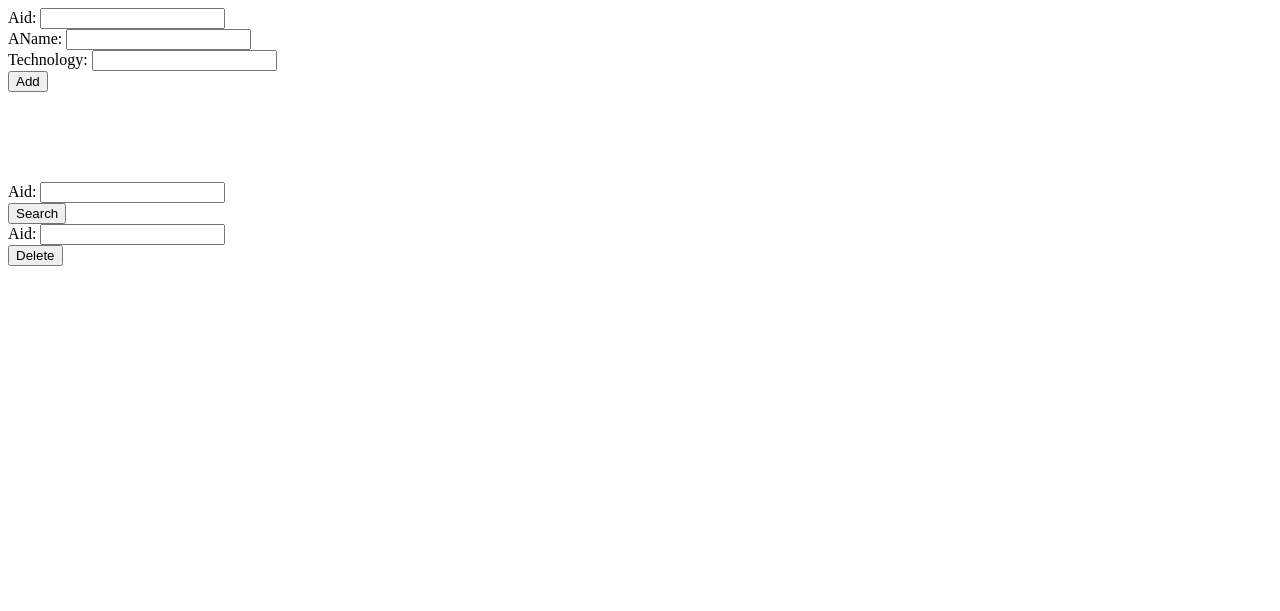
Repository: kjavvaji/SpringBoot
Page: http://localhost/SpringBootJPA2/home.jsp
These files come from the project's save history. The page is drawn as it stood at one moment and after the next save; the edit follows.
The browser window is 1280 px wide. The pictures show the whole page.
The page is served by Tomcat 9. Other server files are loaded and not shown.

Above is the page before, as saved 2019-08-23 13:38:09.

### SpringBootJPA2/src/main/webapp/home.jsp
<%@ page language="java" contentType="text/html; charset=ISO-8859-1"
    pageEncoding="ISO-8859-1"%>
<!DOCTYPE html>
<html>
<head>
<meta charset="ISO-8859-1">
<title>Home Screen</title>
</head>
<body>
		<form action="addAlien">
				      Aid:  <input type ="text" name ="aid"><br>
					  AName:	 <input type="text" name ="aName"><br>
					  Technology:	 <input type="text" name ="tech"><br>
				<input type="submit" value="Add">
		</form>
		<br><br><br><br><br>
		<form action="getAlien">

				      Aid:  <input type ="text" name ="aid"><br>

					  <input type="submit" value="Search">
		</form>

		<form action="delAlien">

				      Aid:  <input type ="text" name ="aid"><br>

					  <input type="submit" value="Delete">
		</form>

</body>
</html>

After the next save:
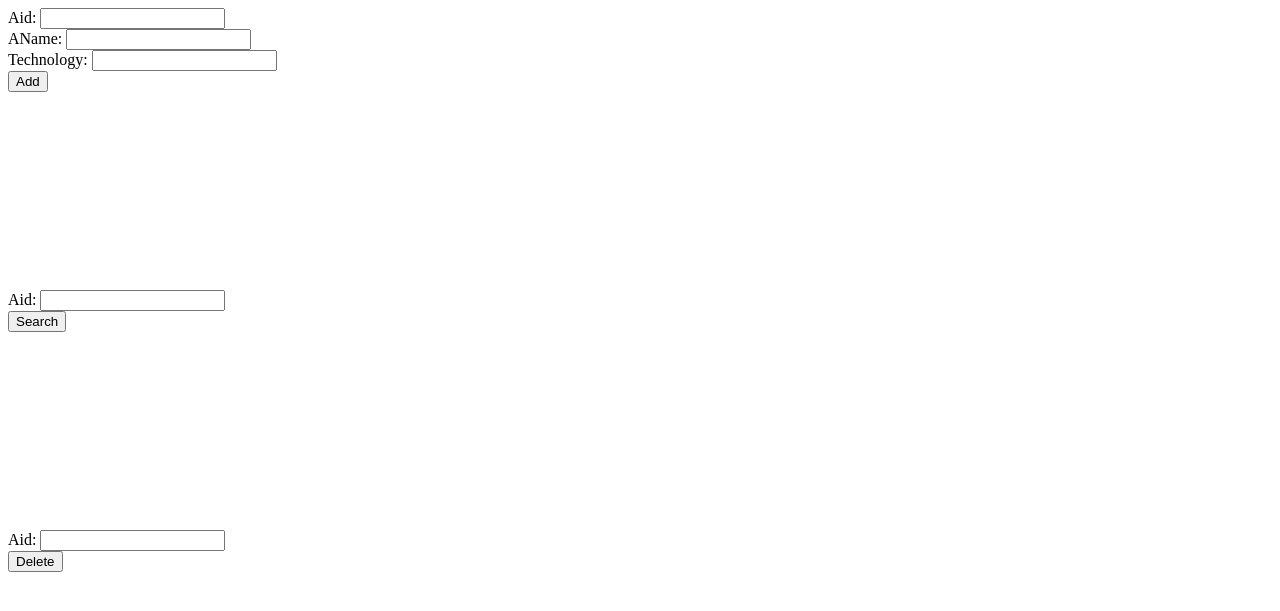
Saved 9 s later.
--- a/SpringBootJPA2/src/main/webapp/home.jsp
+++ b/SpringBootJPA2/src/main/webapp/home.jsp
@@ -13,14 +13,14 @@
 					  Technology:	 <input type="text" name ="tech"><br>
 				<input type="submit" value="Add">
 		</form>
-		<br><br><br><br><br>
+		<br><br><br><br><br><br><br><br><br><br><br>
 		<form action="getAlien">
 
 				      Aid:  <input type ="text" name ="aid"><br>
 
 					  <input type="submit" value="Search">
 		</form>
-
+		<br><br><br><br><br><br><br><br><br><br><br>
 		<form action="delAlien">
 
 				      Aid:  <input type ="text" name ="aid"><br>
